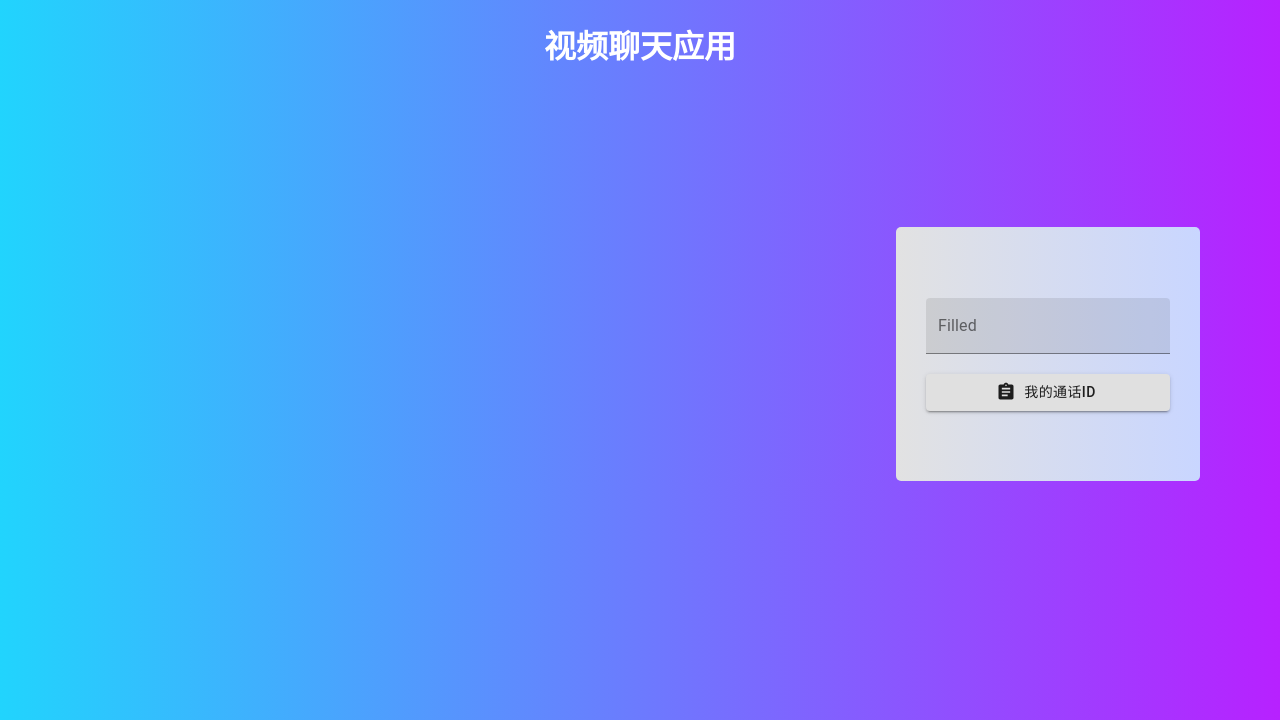
Repository: CodeFreedom-A/webRtc
Page: /
These files come from the project's save history. The page is drawn as it stood at one moment and after the next save; the edit follows.
The browser window is 1280 px wide. The pictures show the whole page.
The page's requests for data from a server got no answer. The project was rebuilt for these pictures with package versions that can differ from the ones it lists, and the page was loaded fresh each time. No one was signed in, and anything a server would have sent is missing.

Above is the page before, as saved 2022-12-21 17:17:23.

### src/App.js
/*
 * @Author: sunheng
 * @Date: 2022-12-21 15:50:22
 * @LastEditors: sunheng
 * @LastEditTime: 2022-12-21 17:16:48
 * @Description: 请填写简介
 */

import Button from "@material-ui/core/Button";
import IconButton from "@material-ui/core/IconButton";
import TextField from "@material-ui/core/TextField";
import AssignmentIcon from "@material-ui/icons/Assignment";
import PhoneIcon from "@material-ui/icons/Phone";
import React, { useEffect, useRef, useState } from "react";
import { CopyToClipboard } from "react-copy-to-clipboard";
import Peer from "simple-peer";
import io from "socket.io-client";
import "./App.css";
// 客户端socket链接
const socket = io.connect("http//localhost:5000");
function App() {
  const [stream, setStream] = useState(null);
  const [name, setName] = useState(null);
  const Myvideo = useRef();
  const [me, setMe] = useState("");
  //
  useEffect(() => {
    navigator.mediaDevices
      .getUserMedia({ video: true, audio: true })
      .then((res) => {
        console.log(res);
        setStream(res);
        Myvideo.current.srcObject = res;
      })
      .catch((err) => {
        console.log("没有摄像头", err);
      });
  }, []);
  return (
    <>
      <h1 style={{ textAlign: "center", color: "#fff" }}>视频聊天应用</h1>
      <div className="container">
        {/* 视频容器 */}
        <div className="video-container">
          <div className="video">
            <video
              playsInline
              muted
              autoPlay
              style={{ width: "500px" }}
              ref={Myvideo}
            ></video>
          </div>
        </div>

        <div className="myId">
          <TextField
            id="filled-basic"
            label="Filled"
            variant="filled"
            value={name}
            style={{ marginBottom: "20px" }}
            onChange={(e) => setName(e.target.value)}
          />
          <CopyToClipboard text={me}>
            <Button
              variant="contained"
              startIcon={<AssignmentIcon fontSize="large" />}
            >
              我的通话ID
            </Button>
          </CopyToClipboard>
        </div>
      </div>
    </>
  );
}

export default App;

### src/App.css
.container {
  display: grid;
  grid-template-columns: 7fr 3fr;
  margin-top: 10rem;
}


.video-container {
  display: grid;
  grid-template-columns: 1fr 1fr;
  justify-content: center;
  align-content: center;

  margin-left: 10rem;
}


/* 右侧面板 */

.myId {
  margin-right: 5rem;
  border-radius: 5px;
  background: #c9d6ff;
  background: linear-gradient(to right,
      #e2e2e2,
      #c9d6ff);

  padding: 1rem;
  display: grid;
  justify-content: center;
  align-content: center;
}

.call-button {
  text-align: center;
  margin-top: 2rem;
}



.caller {
  text-align: center;
  color: #fff;
}

body {
  background-image: linear-gradient(to right, #21D4FD 0%, #B721FF 100%);

}

Loaded but not shown: public/index.html (common file); src/index.js (common file); src/index.css (common file); src/reportWebVitals.js (common file)

After the next save:
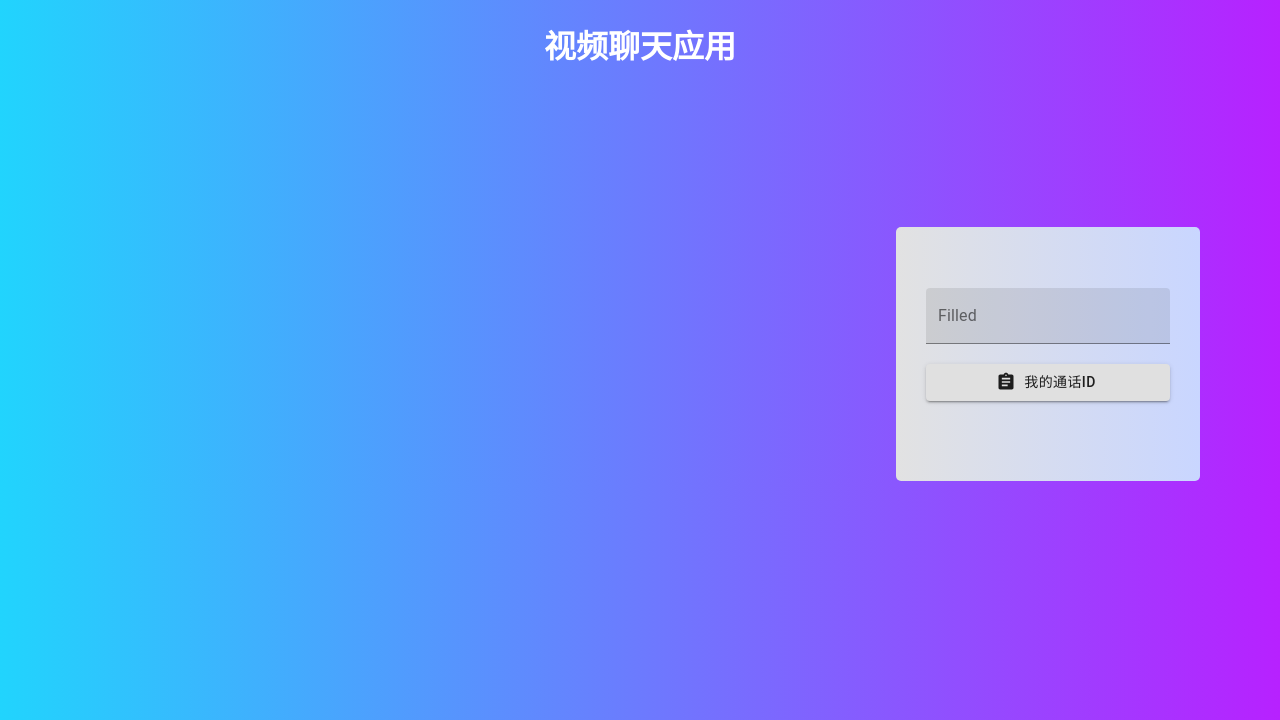
Saved 15 s later.
--- a/src/App.js
+++ b/src/App.js
@@ -62,7 +62,7 @@ function App() {
             style={{ marginBottom: "20px" }}
             onChange={(e) => setName(e.target.value)}
           />
-          <CopyToClipboard text={me}>
+          <CopyToClipboard text={me} style={{ marginBottom: "20px" }}>
             <Button
               variant="contained"
               startIcon={<AssignmentIcon fontSize="large" />}
